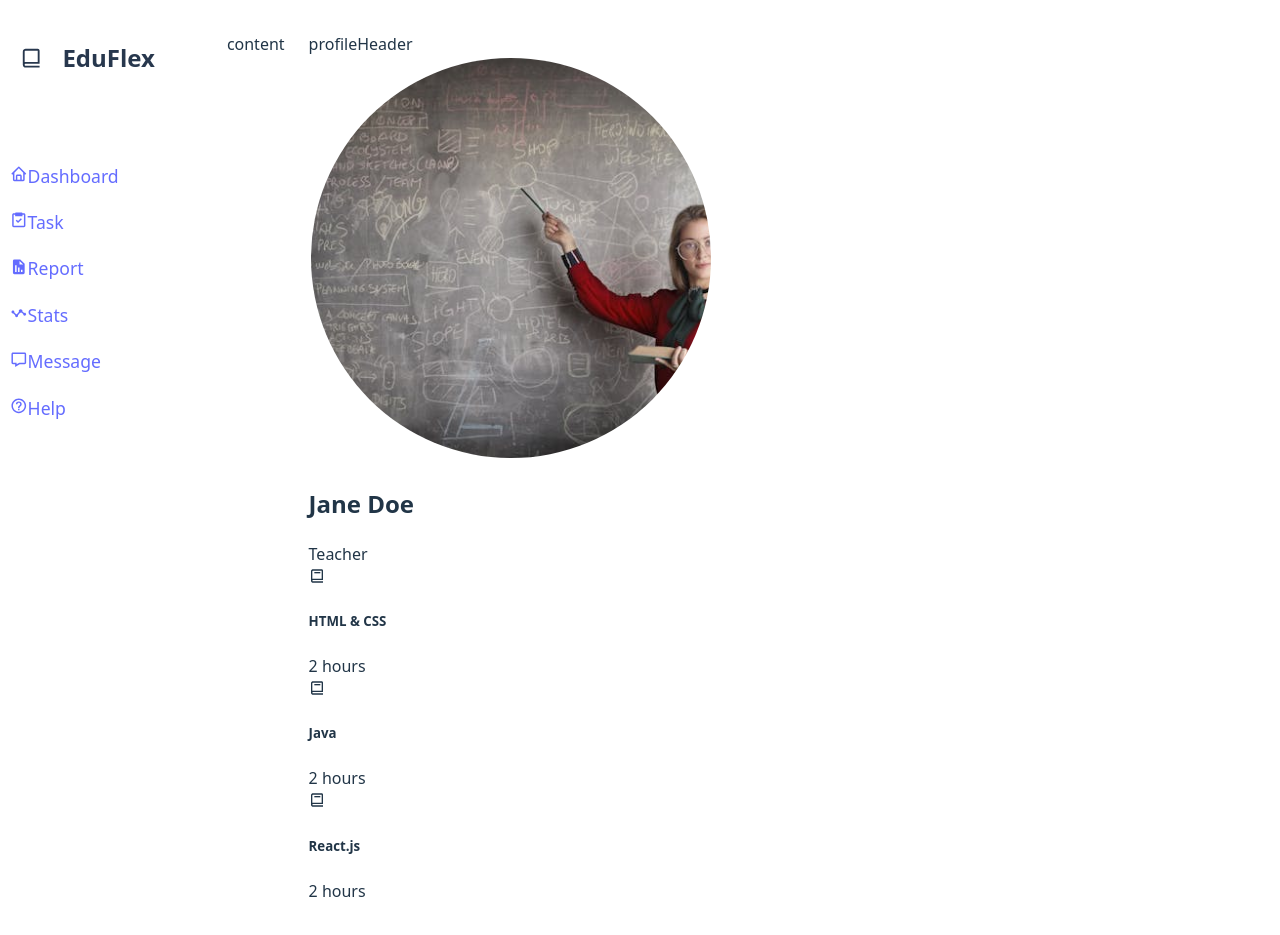
Repository: gogg23/react-dash
Page: /
The author's editor kept a copy of each file at every save. The page is drawn from the files as they stood at one save, then again after the next save.
The browser window is 1280 px wide. The pictures show the whole page.
The project was rebuilt for these pictures with package versions that can differ from the ones it lists, and the page was loaded fresh each time. Also part of the build but not shown: vite.config.js.

Above is the page before, as saved 2025-04-08 20:16:22.

After the next save:
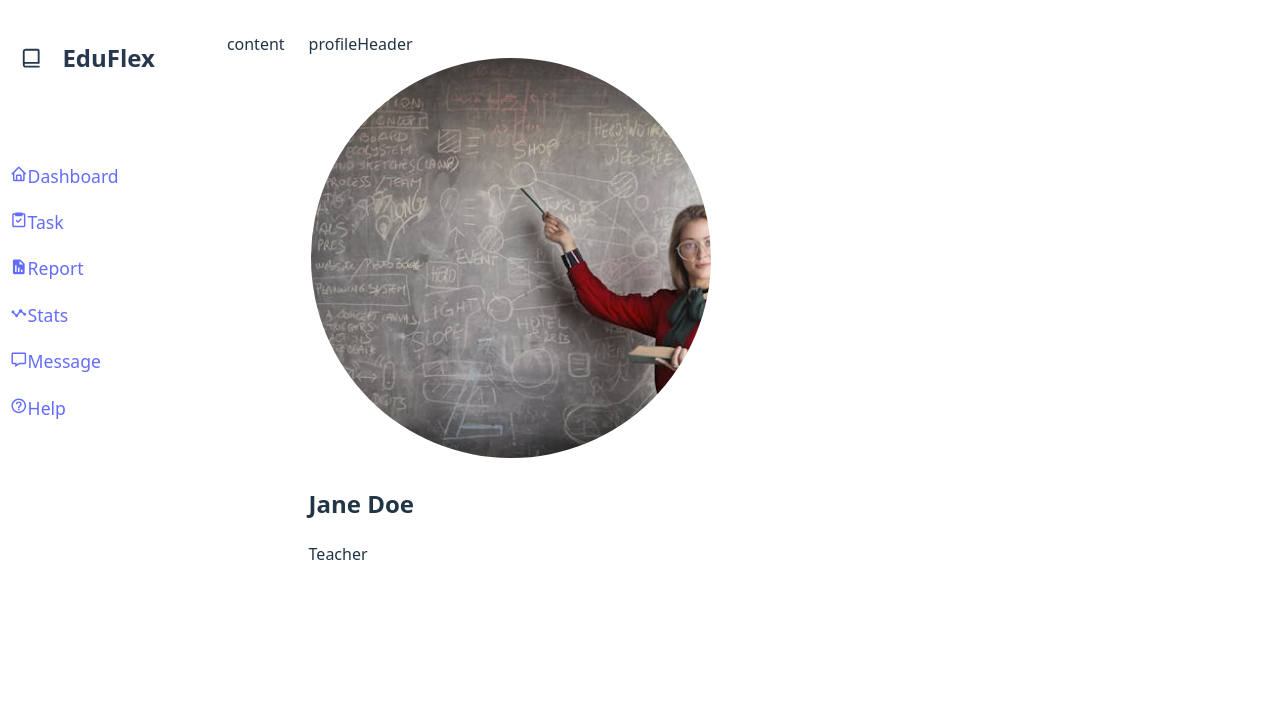
Saved 2 min 22 s later.
--- a/src/components/Profile.jsx
+++ b/src/components/Profile.jsx
@@ -45,7 +45,7 @@
         <span className='profession'>Teacher</span>
       </div>
       <div className='user-courses'>
-        {courses.map((courses) => (
+        {courses.map((course, index) => (
           <div className='course'>
             <div className='course--details'>
               <div className='course--cover'>{courses.icon}</div>

After the save that followed:
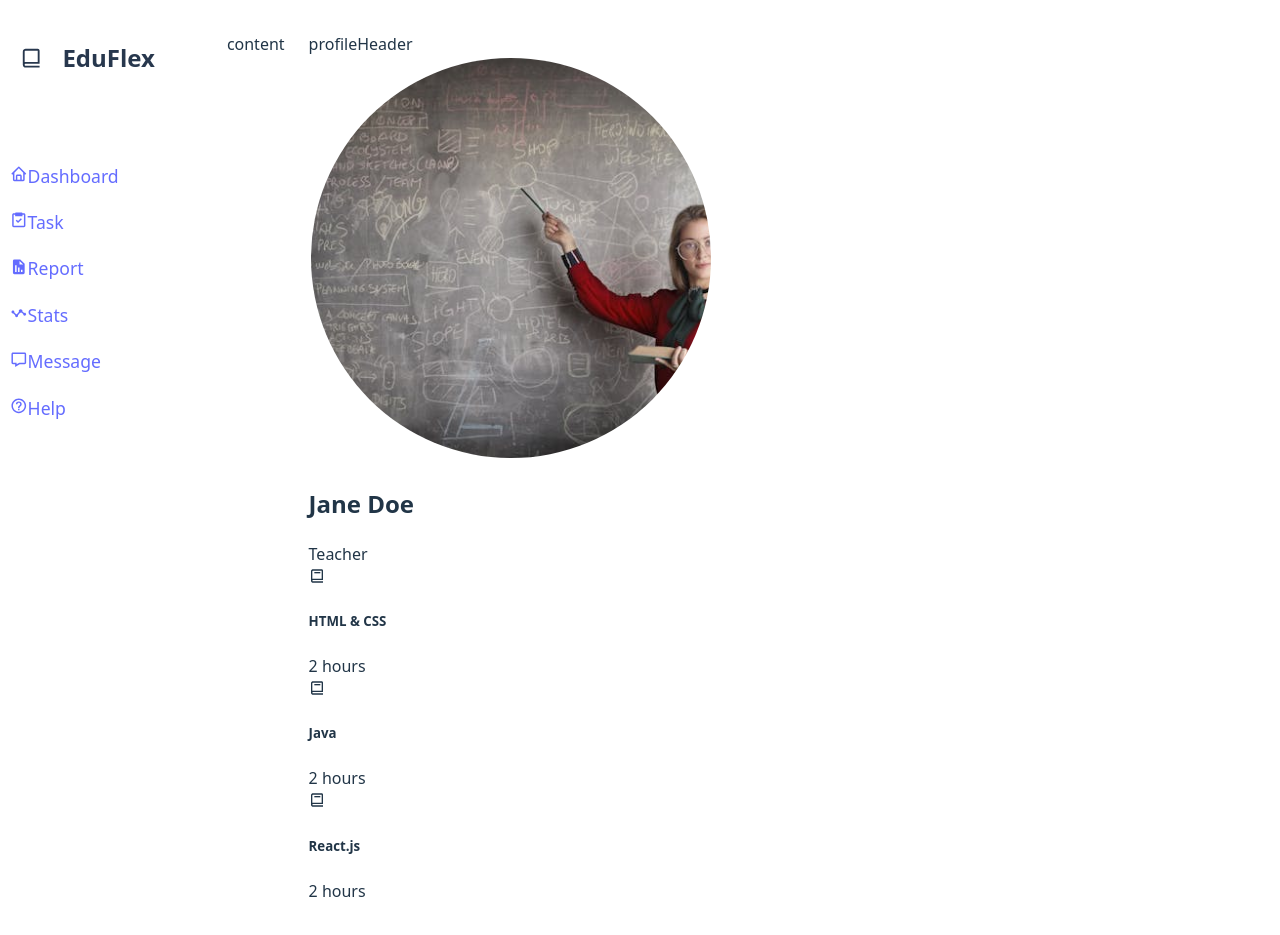
Saved 75 s later.
--- a/src/components/Profile.jsx
+++ b/src/components/Profile.jsx
@@ -45,7 +45,7 @@
         <span className='profession'>Teacher</span>
       </div>
       <div className='user-courses'>
-        {courses.map((course, index) => (
+        {courses.map((courses) => (
           <div className='course'>
             <div className='course--details'>
               <div className='course--cover'>{courses.icon}</div>
